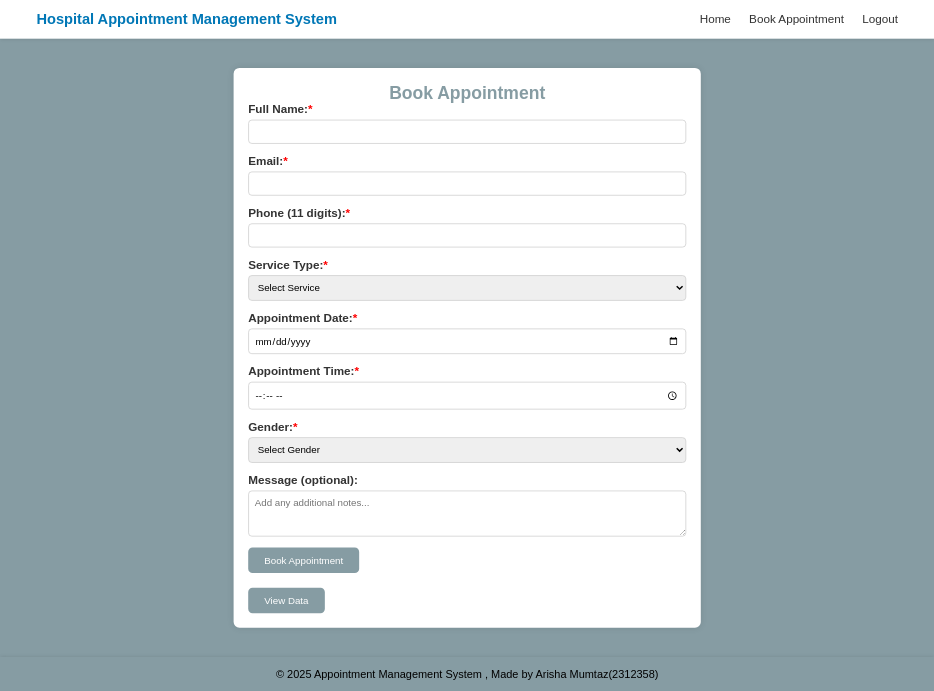
Repository: Arisha004/Hospital-appointment-management-system-
Page: http://localhost/
An editor plug-in stored every save of this project. The page is shown before and after a run of saves, followed by the edit.
The browser window is 1280 px wide. The pictures show the whole page, at 73% of full size.
The page is run by PHP 8.4 with error messages shown; the project is at /var/www/html/.

Above is the page before, as saved 2025-11-16 14:32:23.

After the next 3 saves:
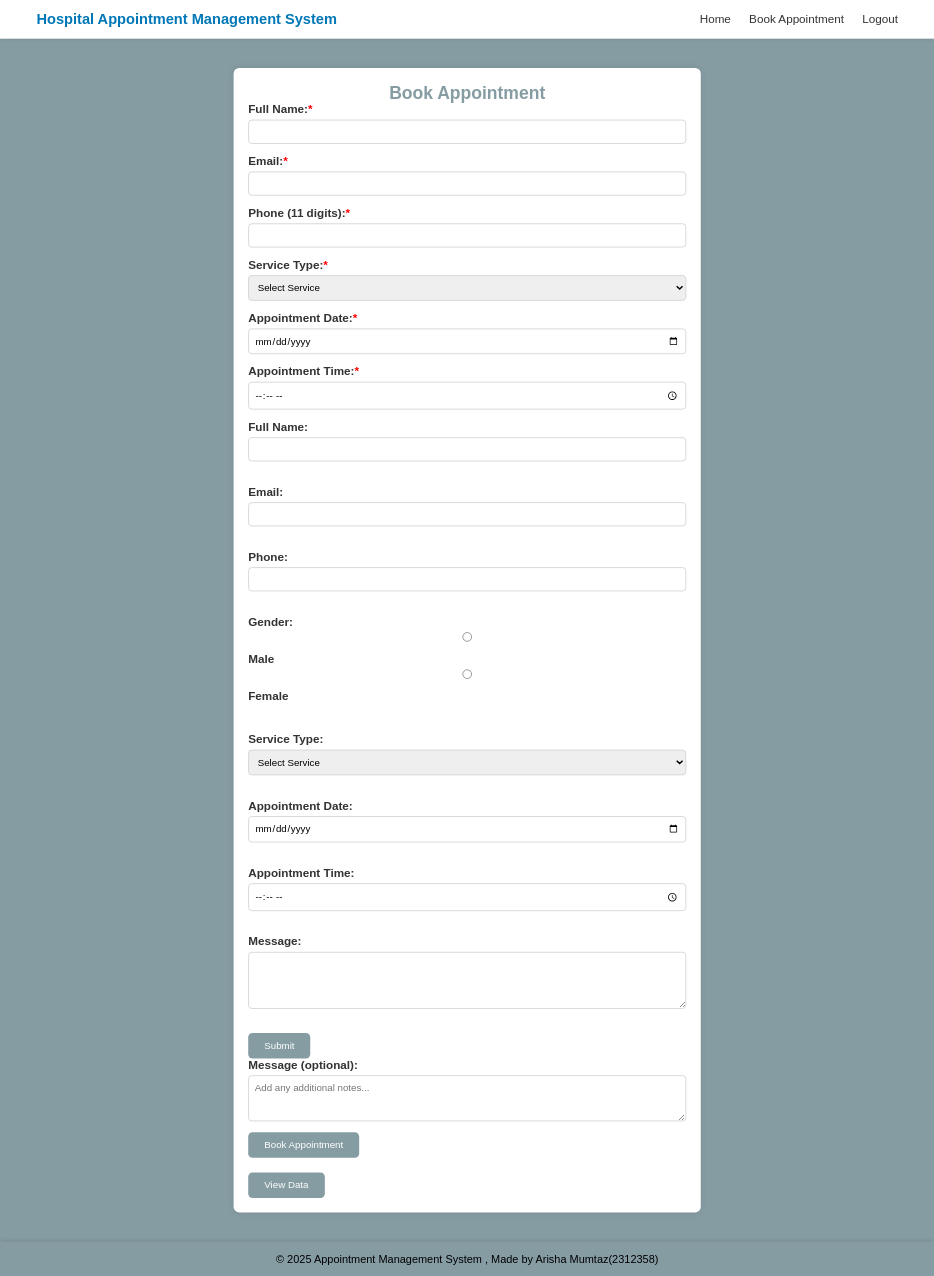
The 3 saves are shown as one change because they came seconds apart.
The last was saved 7 min 38 s later.
--- a/index.php
+++ b/index.php
@@ -49,13 +49,47 @@
     <label>Appointment Time:<span>*</span></label>
     <input type="time" name="appointment_time" required>
 
-    <label>Gender:<span>*</span></label>
+
+    <form action="" method="POST">
+      <label for="full_name">Full Name:</label>
+      <input type="text" id="full_name" name="full_name" required>
+      <br><br>
+      <label for="email">Email:</label>
+      <input type="email" id="email" name="email" required>
+      <br><br>
+      <label for="phone">Phone:</label>
+      <input type="text" id="phone" name="phone" required>
+      <br><br>
+      <label>Gender:</label>
+      <input type="radio" id="male" name="gender" value="Male"> <label for="male">Male</label>
+      <input type="radio" id="female" name="gender" value="Female"> <label for="female">Female</label>
+      <br><br>
+      <label for="service_type">Service Type:</label>
+      <select id="service_type" name="service_type" required>
+        <option value="">Select Service</option>
+        <option value="Haircut">Haircut</option>
+        <option value="Facial">Facial</option>
+        <option value="Massage">Massage</option>
+      </select>
+      <br><br>
+      <label for="appointment_date">Appointment Date:</label>
+      <input type="date" id="appointment_date" name="appointment_date" required>
+      <br><br>
+      <label for="appointment_time">Appointment Time:</label>
+      <input type="time" id="appointment_time" name="appointment_time" required>
+      <br><br>
+      <label for="message">Message:</label>
+      <textarea id="message" name="message" rows="4" cols="40"></textarea>
+      <br><br>
+      <button type="submit">Submit</button>
+    </form>
+    <!-- <label>Gender:<span>*</span></label>
     <select name="gender" required>
       <option value=""> Select Gender </option>
       <option value="Male">Male</option>
       <option value="Female">Female</option>
       <option value="Other">Other</option>
-    </select>
+    </select> -->
 
     <label>Message (optional):</label>
     <textarea name="message"  rows="3"  placeholder="Add any additional notes..."></textarea>
